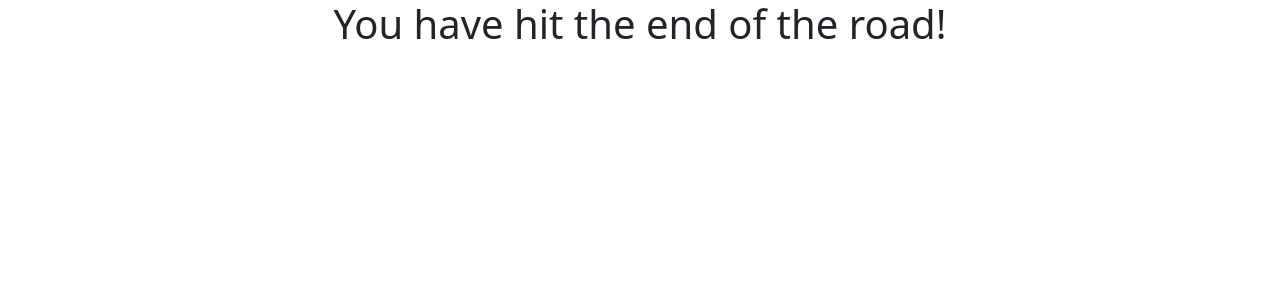
Repository: tHEO2k17/react-clean-code
Page: /#/auth
The author's editor kept a copy of each file at every save. The page is drawn from the files as they stood at one save, then again after the next save.
The browser window is 1280 px wide. The pictures show the whole page.
The project was rebuilt for these pictures with package versions that can differ from the ones it lists, and the page was loaded fresh each time.

Above is the page before, as saved 2022-11-04 15:40:02.

After the next save:
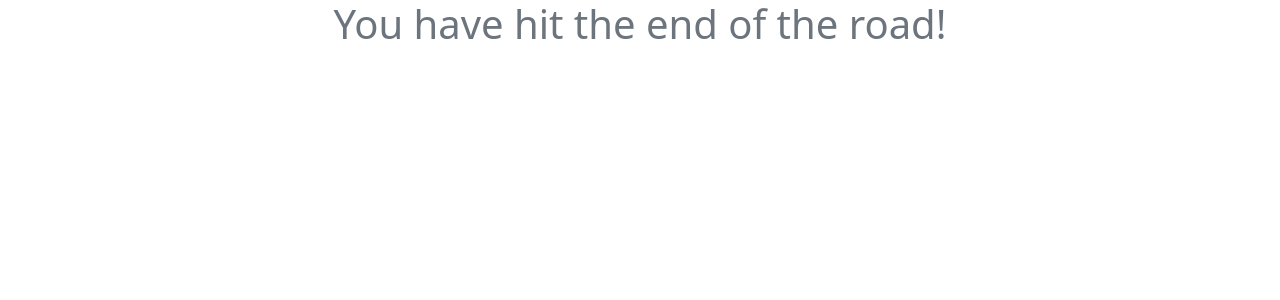
Saved 9 s later.
--- a/src/lib/core/routing/app.routing.tsx
+++ b/src/lib/core/routing/app.routing.tsx
@@ -7,7 +7,7 @@ const AppRouting = () => {
 
 
     {/* Not found */}
-    <Route path="*" element={<h1 className="text-center">You have hit the end of the road!</h1>}/>
+    <Route path="*" element={<h1 className="text-center text-muted">You have hit the end of the road!</h1>}/>
   </Routes>;
 };
 export default AppRouting;
